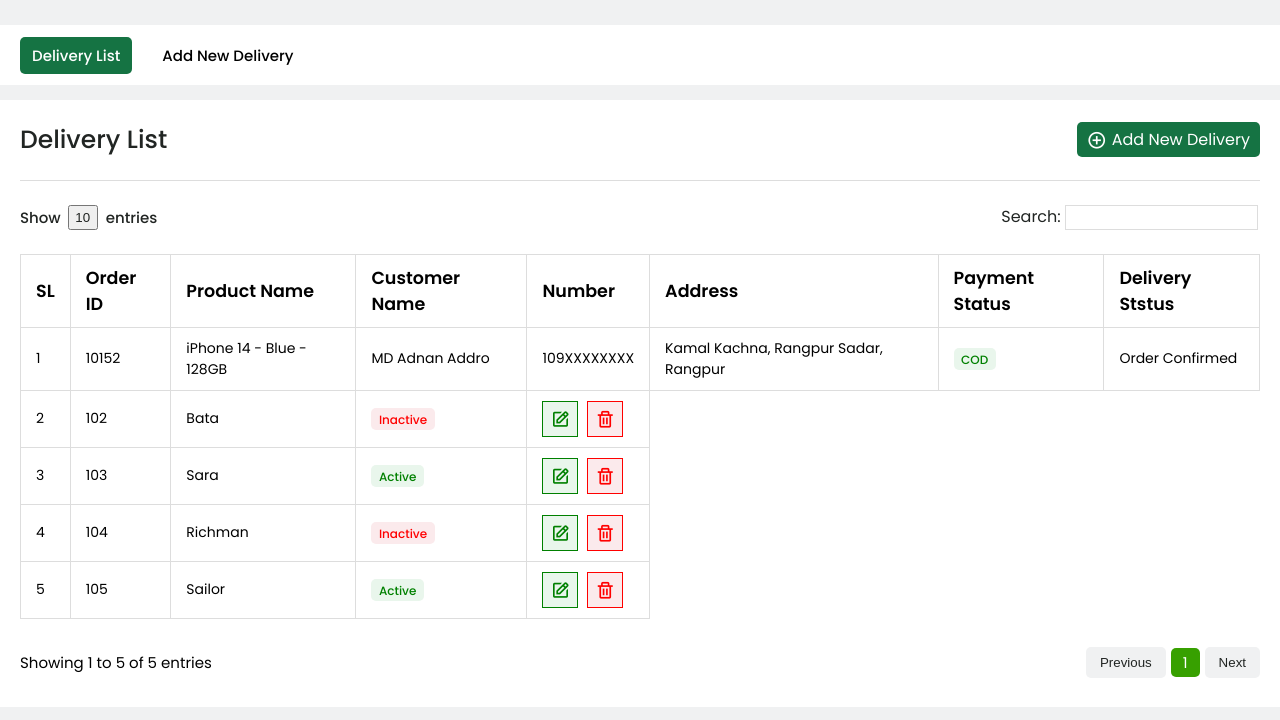
Repository: codebyaddro/delivery-page
Page: delivery.html
The author's editor kept a copy of each file at every save. The page is drawn from the files as they stood at one save, then again after the next save.
The browser window is 1280 px wide. The pictures show the whole page.

Above is the page before, as saved 2025-02-27 13:57:10.

### delivery.html
<!DOCTYPE html>
<html lang="en">
<head>
    <meta charset="UTF-8">
    <meta name="viewport" content="width=device-width, initial-scale=1.0">
    <link rel="stylesheet" href="/delivery.css">
    <link href='https://unpkg.com/boxicons@2.1.4/css/boxicons.min.css' rel='stylesheet'>
    <title>Document</title>
</head>
<body>
    <div class="brand-container">
        <div class="top-menus">
            <ul>
                <li><a href="/index.html" class="active-menu">Delivery List</a></li>
                <li><a href="/inner-page/html/anb.html" class="light-up">Add New Delivery</a></li>
            </ul>
        </div>
        <div class="list-container">
            <div class="heading-add-new-btn">
                <div class="heading">
                    <h2>Delivery List</h2>
                </div>
                <div class="add-new-btn">
                    <i class='add-icon bx bx-plus-circle'></i>
                    <a href="/inner-page/html/anb.html">Add New Delivery</a>
                </div>
            </div>
            <div class="list-short-dpdwn-search-box">
                <div class="list-short-dpdwn">
                    <h3>Show</h3>
                    <select name="10" id="">
                        <option value="">10</option>
                        <option value="">20</option>
                        <option value="">30</option>
                        <option value="">All</option>
                    </select>
                    <h3>entries</h3>
                </div>
                <div class="search-box">
                    <legend>Search: <input type="text"></legend>
                </div>
            </div>
            <div class="table-list">
                <table>
                    <thead>
                        <tr>
                            <th title="SL">SL</th>
                            <th title="Code">Order ID</th>
                            <th title="Code">Product Name</th>
                            <th title="Code">Customer Name</th>
                            <th title="Category Name">Number</th>
                            <th title="Category Name">Address</th>
                            <th title="Status">Payment Status</th>
                            <th title="Action">Delivery Ststus</th>
                        </tr>
                    </thead>
                    <tbody>
                        <tr>
                            <td>1</td>
                            <td>10152</td>
                            <td>iPhone 14 - Blue - 128GB</td>
                            <td>MD Adnan Addro</td>
                            <td>109XXXXXXXX</td>
                            <td>Kamal Kachna, Rangpur Sadar, Rangpur</td>
                            <td><span class="active">COD</span></td>
                            <td><span>Order Confirmed</span></td>
                        </tr>
                        <tr>
                            <td>2</td>
                            <td>102</td>
                            <td>Bata</td>
                            <td><span class="inactive">Inactive</span></td>
                            <td>
                                <a title="Edit" href="#"><i class='edit-icon bx bx-edit'></i></a>
                                <a title="Delete" href="#"><i class='delete-icon bx bx-trash'></i></a>
                            </td>
                        </tr>
                        <tr>
                            <td>3</td>
                            <td>103</td>
                            <td>Sara</td>
                            <td><span class="active">Active</span></td>
                            <td>
                                <a title="Edit" href="#"><i class='edit-icon bx bx-edit'></i></a>
                                <a title="Delete" href="#"><i class='delete-icon bx bx-trash'></i></a>
                            </td>
                        </tr>
                        <tr>
                            <td>4</td>
                            <td>104</td>
                            <td>Richman</td>
                            <td><span class="inactive">Inactive</span></td>
                            <td>
                                <a title="Edit" href="#"><i class='edit-icon bx bx-edit'></i></a>
                                <a title="Delete" href="#"><i class='delete-icon bx bx-trash'></i></a>
                            </td>
                        </tr>
                        <tr>
                            <td>5</td>
                            <td>105</td>
                            <td>Sailor</td>
                            <td><span class="active">Active</span></td>
                            <td>
                                <a title="Edit" href="#"><i class='edit-icon bx bx-edit'></i></a>
                                <a title="Delete" href="#"><i class='delete-icon bx bx-trash'></i></a>
                            </td>
                        </tr>
                    </tbody>
                </table>
            </div>
            <div class="entries-details-list-page-btn">
                <div class="entries-details">
                    Showing <span>1</span> to <span>5</span> of <span>5</span> entries
                </div>
                <div class="list-page-btn">
                    <button>Previous</button>
                    <h4><span>1</span></h4>
                    <button>Next</button>
                </div>
            </div>
        </div>
    </div>
</body>
</html>

### delivery.css
/* -- fonts -- */
@import url('https://fonts.googleapis.com/css2?family=Poppins:ital,wght@0,100;0,200;0,300;0,400;0,500;0,600;0,700;0,800;0,900;1,100;1,200;1,300;1,400;1,500;1,600;1,700;1,800;1,900&family=Raleway:ital,wght@0,100..900;1,100..900&family=Roboto:ital,wght@0,100;0,300;0,400;0,500;0,700;0,900;1,100;1,300;1,400;1,500;1,700;1,900&family=VT323&display=swap');

/* -- root -- */

:root {
    --gray-white: #F0F1F2;
    --white: #FFFFFF;
    --black: #000000;
    --gray-black: #DDDDDD;
    --light-black: #212523;
    --light-black-op: #21252350;
    --main-green: #157343;
    --main-light: #37A000;
    --light-orange: #FD7E14;
    --green: #008000;
    --light-green: #e9f6ec;
    --red: #FF0000;
    --light-red: #fbeaec;
}

/* ---------- */

* {
    box-sizing: border-box;
}

body {
    margin: 0;
    padding: 0;
    font-family: "Poppins", serif;
    background-color: var(--gray-white);
}

::selection {
    color: var(--white);
    background-color: var(--main-light);
}

/* -- category container style -- */

.brand-container {
    width: 100%;
    margin-top: 25px;
}

/* -- top menus style--  */

.top-menus {
    background-color: var(--white);
    display: flex;
    justify-content: left;
    align-items: center;
    height: 60px;
    margin-bottom: 15px;
}

.top-menus ul {
    list-style-type: none;
    display: flex;
    gap: 30px;
    margin-left: -20px;
}

.top-menus ul li a {
    text-decoration: none;
    color: var(--black);
    font-size: 15px;
    font-weight: 500;
}

/* -- active menu style -- */

.active-menu {
    color: var(--white)!important;
    background-color: var(--main-green);
    padding: 8px 12px;
    border-radius: 5px;
}

/* -- menu hover style -- */

.light-up:hover {
    color: var(--light-orange);
}

/* -- list container style -- */

.list-container {
    background-color: var(--white);
    padding: 0px 20px;
}

/* -- heading-add-new-btn style -- */

.heading-add-new-btn {
    display: flex;
    justify-content: space-between;
    align-items: center;
    border-bottom: 1px solid var(--gray-black) ;
}

.heading h2 {
    color: var(--light-black);
    font-size: 25px;
    font-weight: 500;
}

/* -- add-new-btn style -- */

.add-new-btn {
    display: flex;
    gap: 5px;
    justify-content: baseline;
    align-items: center;
}

.add-new-btn {
    background-color: var(--main-green);
    padding: 5px 10px;
    border-radius: 5px;
}

.add-new-btn a {
    color: var(--white);
    text-decoration: none;
}

.add-icon {
    color: var(--white);
    font-size: 20px;
}

/* -- list-short-dpdwn-search-box style -- */

.list-short-dpdwn-search-box {
    display: flex;
    justify-content: space-between;
    align-items: center;
    padding: 10px 0px;
}

/* -- list-short-dpdwn style -- */

.list-short-dpdwn {
    display: flex;
    gap: 7.5px;
    align-items: center;
}

.list-short-dpdwn h3 {
    color: var(--light-black);
    font-size: 15px;
    font-weight: 500;
}

.list-short-dpdwn select {
    color: var(--light-black);
    appearance: none;
    height: 25px;
    width: 30px;
    padding-left: 6px;
    outline: none;
    border-radius: 2.5px;
}

/* -- search-box style -- */

.search-box {
    display: flex;
    align-items: center;
}

.search-box legend {
    color: var(--light-black);
}

.search-box input {
    outline: none;
    height: 25px;
    width: 193px;
    border: 1px solid var(--gray-black);
}

/* -- table-list style --*/

table {
    border-collapse: collapse;
    width: 100%;
}

/* -- thead style -- */

thead {
    cursor: pointer;
}

th, td {
    border: 1px solid var(--gray-black);
    padding: 10px 15px;
}

thead tr th {
    font-size: 17.5px;
    font-weight: 600;
    text-align: left;
}

tbody tr td {
    font-size: 14px;
}

tbody tr:hover {
    background-color: var(--gray-white);
}

/* -- tbody style -- */

/* status style */

.active {
    color: var(--green);
    background-color: var(--light-green);
    font-size: 12px;
    font-weight: 500;
    padding: 2.5px 7.5px;
    border-radius: 5px;
}

.inactive {
    color: var(--red);
    background-color: var(--light-red);
    font-size: 12px;
    font-weight: 500;
    padding: 2.5px 7.5px;
    border-radius: 5px;
}

/* -- action style -- */

.edit-icon {
    color: var(--green);
    background-color: var(--light-green);
    padding: 7px 7px;
    margin-right: 2.5px;
    border: 1px solid var(--green);
    font-size: 20px;
}

.edit-icon:hover {
    background-color: var(--light-black-op);
}

.delete-icon {
    color: var(--red);
    background-color: var(--light-red);
    padding: 7px 7px;
    margin-left: 2.5px;
    border: 1px solid var(--red);
    font-size: 20px;
}

.delete-icon:hover {
    background-color: var(--light-black-op);
}

/* -- entries-details-list-page-btn style -- */

.entries-details-list-page-btn {
    display: flex;
    justify-content: space-between;
    align-items: center;
    padding: 10px 0px;
}

.entries-details {
    color: var(--black);
    font-size: 15px;
}

.list-page-btn {
    display: flex;
    gap: 5px;
    align-items: center;
}

.list-page-btn button {
    color: var(--light-black);
    background-color: var(--gray-white);
    padding: 8px 14px;
    border: none;
    border-radius: 5px;
    cursor: pointer;
}

.list-page-btn h4 {
    color: var(--white);
    background-color: var(--main-light);
    font-size: 15px;
    font-weight: 400;
    padding: 3px 12px;
    border-radius: 5px;
}

After the next save:
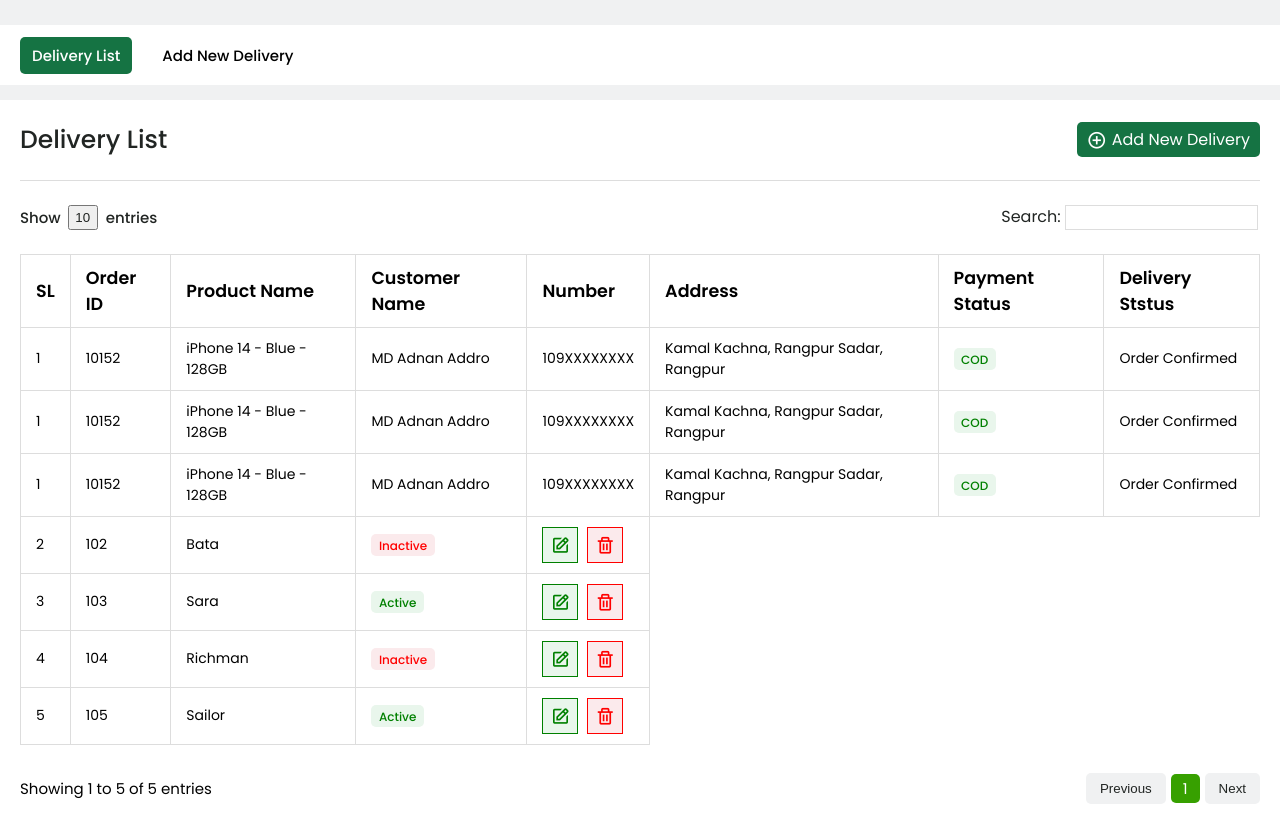
Saved 53 s later.
--- a/delivery.html
+++ b/delivery.html
@@ -66,6 +66,26 @@
                             <td><span>Order Confirmed</span></td>
                         </tr>
                         <tr>
+                            <td>1</td>
+                            <td>10152</td>
+                            <td>iPhone 14 - Blue - 128GB</td>
+                            <td>MD Adnan Addro</td>
+                            <td>109XXXXXXXX</td>
+                            <td>Kamal Kachna, Rangpur Sadar, Rangpur</td>
+                            <td><span class="active">COD</span></td>
+                            <td><span>Order Confirmed</span></td>
+                        </tr>
+                        <tr>
+                            <td>1</td>
+                            <td>10152</td>
+                            <td>iPhone 14 - Blue - 128GB</td>
+                            <td>MD Adnan Addro</td>
+                            <td>109XXXXXXXX</td>
+                            <td>Kamal Kachna, Rangpur Sadar, Rangpur</td>
+                            <td><span class="active">COD</span></td>
+                            <td><span>Order Confirmed</span></td>
+                        </tr>
+                        <tr>
                             <td>2</td>
                             <td>102</td>
                             <td>Bata</td>
